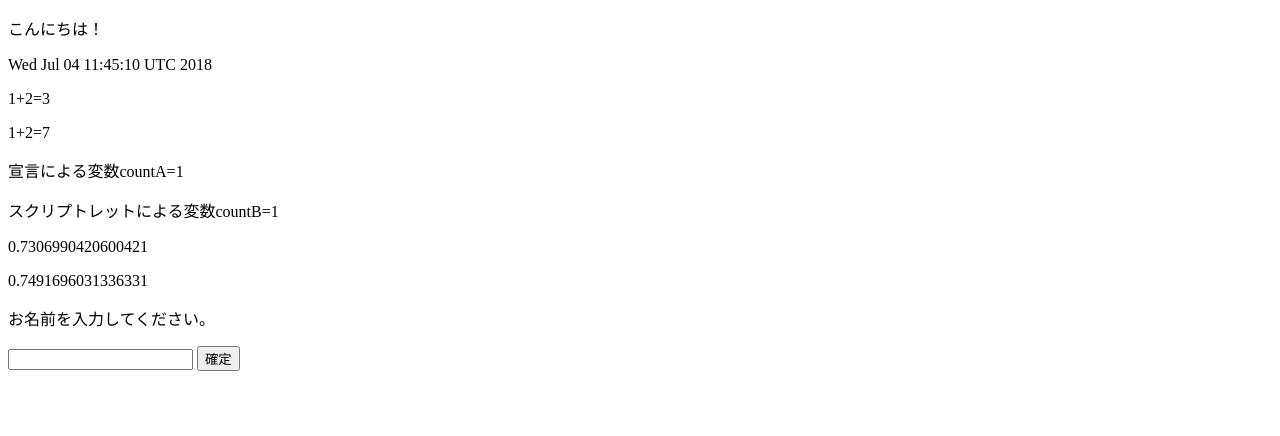
Repository: maifujii/test
Page: http://localhost/HelloJSP/
These files come from the project's save history. The page is drawn as it stood at one moment and after the next save; the edit follows.
The browser window is 1280 px wide. The pictures show the whole page.
The page is served by Tomcat 9.

Above is the page before, as saved 2018-07-04 12:27:47.

After the next save:
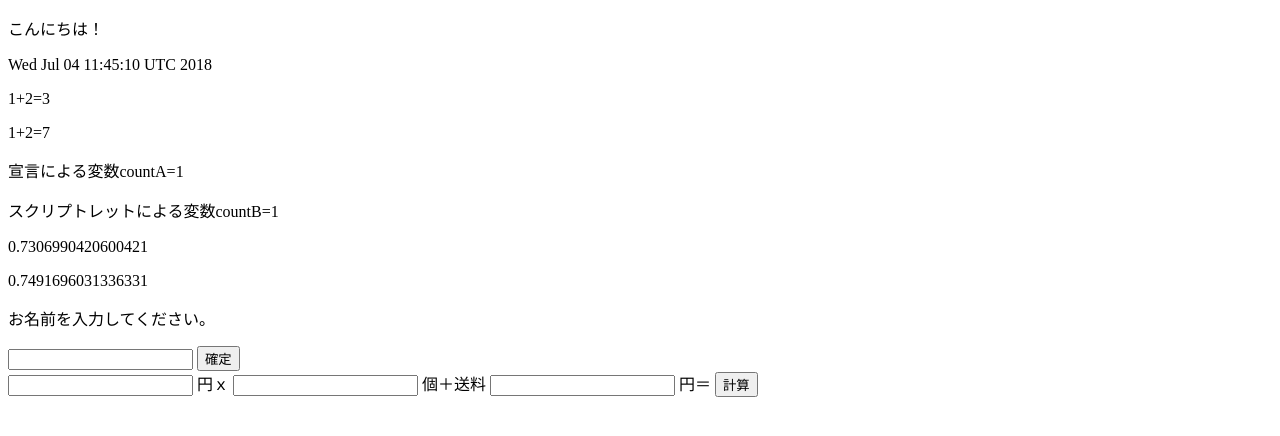
Saved 3 min 31 s later.
--- a/HelloJSP/WebContent/index.jsp
+++ b/HelloJSP/WebContent/index.jsp
@@ -37,6 +37,19 @@
 <input type="submit" value="確定">
 </form>
 
+<form method="post" action="total-out.jsp">
+<input type="text" name="price">
+円ｘ
+<input type="text" name="count">
+個＋送料
+<input type="text" name="delivery">
+円＝
+<input type="submit" value="計算">
+
+
+</form>
+
+
 
 
 </body>
